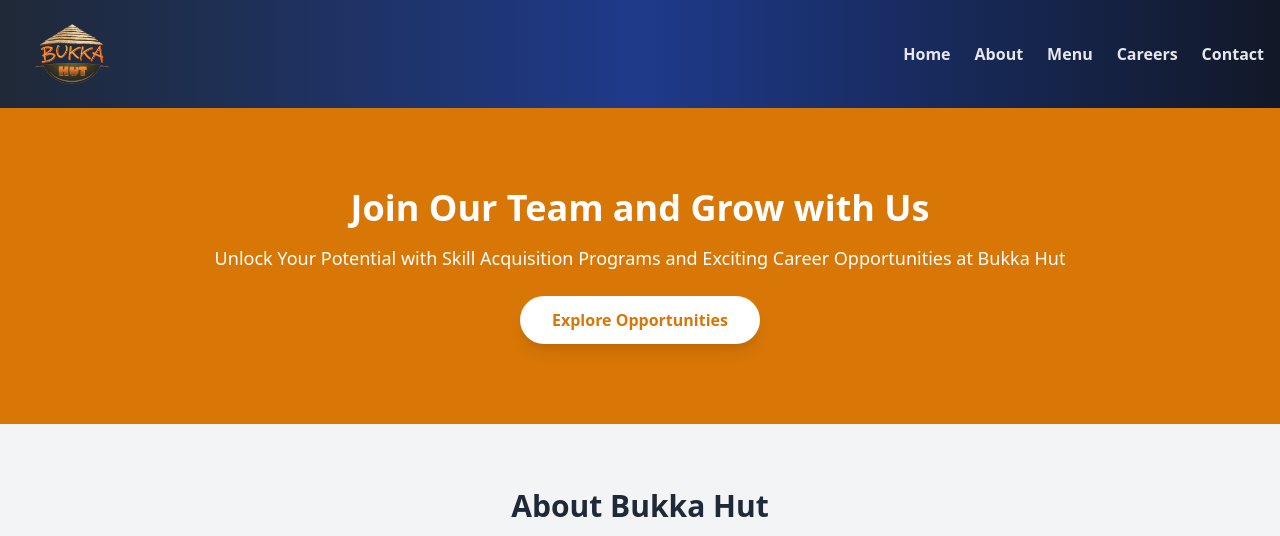
Repository: countaustin1990/BUKKAHUT
Page: Career.html
These files come from the project's save history. The page is drawn as it stood at one moment and after the next save; the edit follows.
The browser window is 1280 px wide. The pictures show the part of the page from y = 0 to 536 px (the page is 2630 px tall).
A picture or video elsewhere on the page could not be fetched, so the positions and the page height are approximate. Some web libraries are served in a nearby version.

Above is the page before, as saved 2024-08-27 18:08:20.

After the next save:
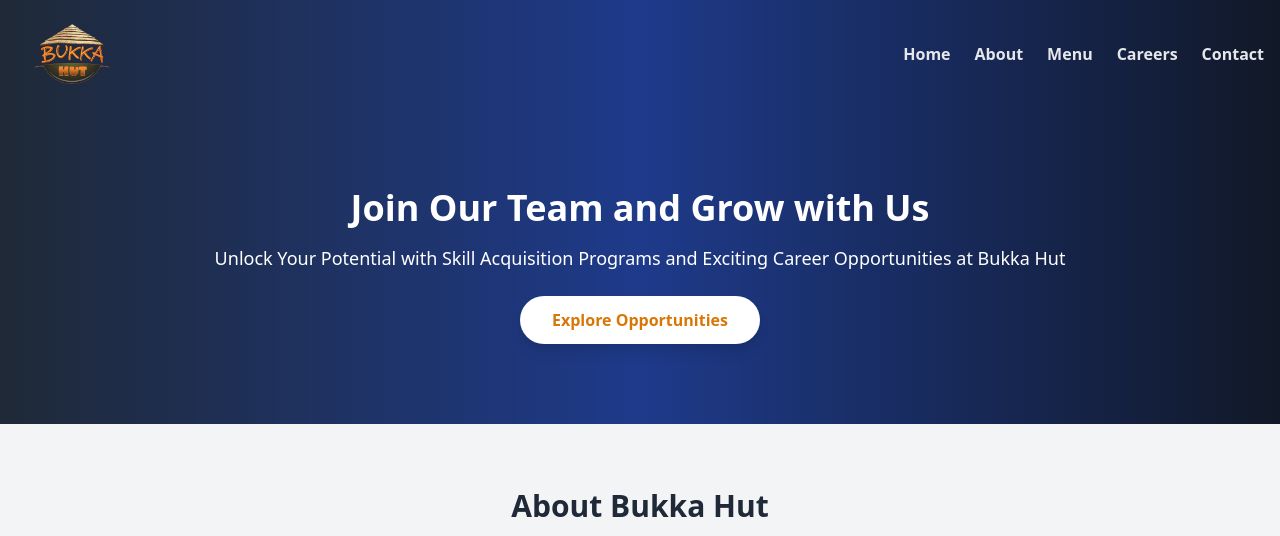
Saved 65 s later.
--- a/Career.html
+++ b/Career.html
@@ -43,7 +43,7 @@
   </nav>
 
     <!-- Hero Section -->
-    <section class="bg-yellow-600 text-white py-20">
+    <section class="bg-gradient-to-r from-gray-800 via-blue-900 to-gray-900 text-white py-20">
         <div class="container mx-auto text-center">
             <h1 class="text-4xl font-bold">Join Our Team and Grow with Us</h1>
             <p class="mt-4 text-lg">Unlock Your Potential with Skill Acquisition Programs and Exciting Career Opportunities at Bukka Hut</p>
